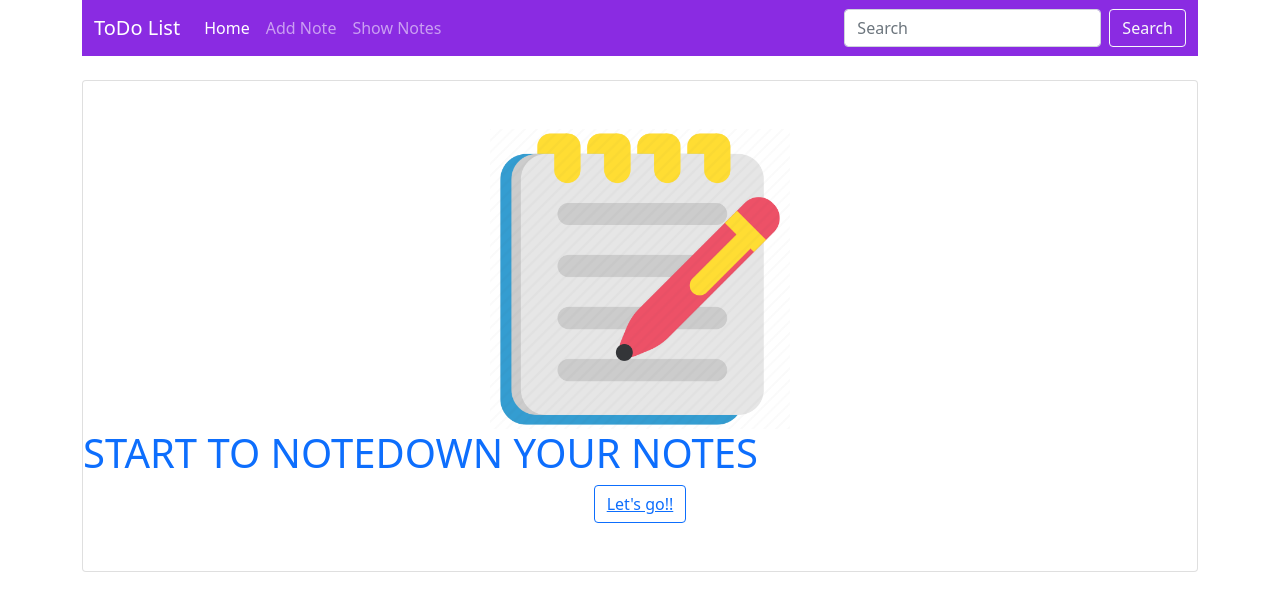
Repository: VishalSalvi17/Hibernate
Page: http://localhost/ToDoList/
The author's editor kept a copy of each file at every save. The page is drawn from the files as they stood at one save, then again after the next save.
The browser window is 1280 px wide. The pictures show the whole page.
Some web libraries are served in a nearby version. The page is served by Tomcat 9. Other server files are loaded and not shown.

Above is the page before, as saved 2023-03-17 07:15:14.

### ToDoList/src/main/webapp/index.jsp
<!doctype html>
<html lang="en">
<head>
<!-- Required meta tags -->
<meta charset="utf-8">
<meta name="viewport" content="width=device-width, initial-scale=1">

<title>TODO List : Home Page</title>
<%@include file="all_js_css.jsp"%>
<link rel="stylesheet"
	href="https://cdnjs.cloudflare.com/ajax/libs/font-awesome/6.3.0/css/all.min.css"
	integrity="sha512-SzlrxWUlpfuzQ+pcUCosxcglQRNAq/DZjVsC0lE40xsADsfeQoEypE+enwcOiGjk/bSuGGKHEyjSoQ1zVisanQ=="
	crossorigin="anonymous" referrerpolicy="no-referrer" />
</head>
<body>
	<div class="container">
		<%@include file="navbar.jsp"%>
		<br>
		<div class="card py-5">
		<img alt="" class = "img-fluid mx-auto" width=300px src="img/notebook.webp" >
		<!-- <i class="fa-solid fa-envelope"></i>-->
		<h1 class = "text-primary text-uppercase">Start to notedown your notes</h1>
		<div class="container text-center">
			<button class="btn btn-outline-primary text-center"><a href = "addnote.jsp">Let's go!!</a></button>
		</div>

		</div>
	</div>
</body>
</html>

### ToDoList/src/main/webapp/all_js_css.jsp
<!-- Bootstrap CSS -->
<link
	href="https://cdn.jsdelivr.net/npm/bootstrap@5.0.2/dist/css/bootstrap.min.css"
	rel="stylesheet"
	integrity="sha384-EVSTQN3/azprG1Anm3QDgpJLIm9Nao0Yz1ztcQTwFspd3yD65VohhpuuCOmLASjC"
	crossorigin="anonymous">

<!-- style path-->
<link href="css/style.css" rel="stylesheet">

<!-- Option 1: Bootstrap Bundle with Popper -->
<script
	src="https://cdn.jsdelivr.net/npm/bootstrap@5.0.2/dist/js/bootstrap.bundle.min.js"
	integrity="sha384-MrcW6ZMFYlzcLA8Nl+NtUVF0sA7MsXsP1UyJoMp4YLEuNSfAP+JcXn/tWtIaxVXM"
	crossorigin="anonymous"></script>

<!-- Option 2: Separate Popper and Bootstrap JS -->
<script
	src="https://cdn.jsdelivr.net/npm/@popperjs/core@2.9.2/dist/umd/popper.min.js"
	integrity="sha384-IQsoLXl5PILFhosVNubq5LC7Qb9DXgDA9i+tQ8Zj3iwWAwPtgFTxbJ8NT4GN1R8p"
	crossorigin="anonymous"></script>
<script
	src="https://cdn.jsdelivr.net/npm/bootstrap@5.0.2/dist/js/bootstrap.min.js"
	integrity="sha384-cVKIPhGWiC2Al4u+LWgxfKTRIcfu0JTxR+EQDz/bgldoEyl4H0zUF0QKbrJ0EcQF"
	crossorigin="anonymous"></script>

### ToDoList/src/main/webapp/navbar.jsp
<nav class="navbar navbar-expand-lg navbar-dark blue">
  <div class="container-fluid">
    <a class="navbar-brand" href="index.jsp">ToDo List</a>
    <button class="navbar-toggler" type="button" data-bs-toggle="collapse" data-bs-target="#navbarSupportedContent" aria-controls="navbarSupportedContent" aria-expanded="false" aria-label="Toggle navigation">
      <span class="navbar-toggler-icon"></span>
    </button>
    <div class="collapse navbar-collapse" id="navbarSupportedContent">
      <ul class="navbar-nav me-auto mb-2 mb-lg-0">
        <li class="nav-item">
          <a class="nav-link active" aria-current="page" href="index.jsp">Home</a>
        </li>
        <li class="nav-item">
          <a class="nav-link" href="addnote.jsp">Add Note</a>
        </li>
        <li class="nav-item">
          <a class="nav-link" href="all_notes.jsp" tabindex="-1">Show Notes</a>
        </li>
      </ul>
      <form class="d-flex">
        <input class="form-control me-2" type="search" placeholder="Search" aria-label="Search">
        <button class="btn btn-outline-light" type="submit">Search</button>
      </form>
    </div>
  </div>
</nav>

### ToDoList/src/main/webapp/css/style.css
.blue{
	background:#8A2BE2;
}

After the next save:
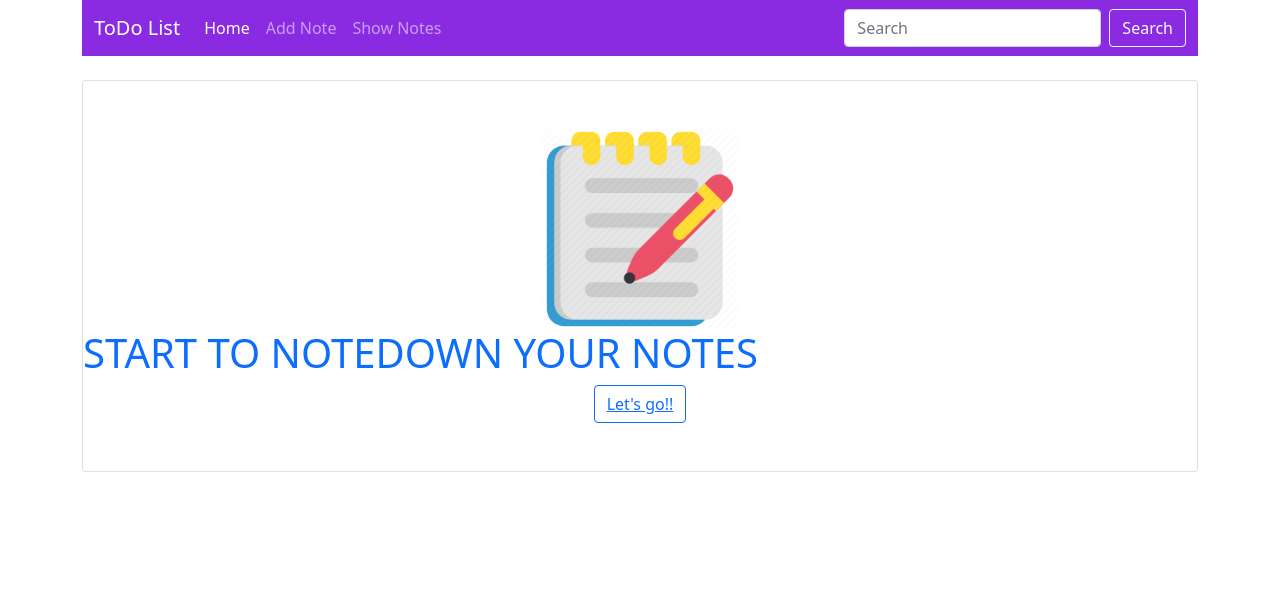
Saved 9 s later.
--- a/ToDoList/src/main/webapp/index.jsp
+++ b/ToDoList/src/main/webapp/index.jsp
@@ -17,7 +17,7 @@
 		<%@include file="navbar.jsp"%>
 		<br>
 		<div class="card py-5">
-		<img alt="" class = "img-fluid mx-auto" width=300px src="img/notebook.webp" >
+		<img alt="" class = "img-fluid mx-auto" width=200px src="img/notebook.webp" >
 		<!-- <i class="fa-solid fa-envelope"></i>-->
 		<h1 class = "text-primary text-uppercase">Start to notedown your notes</h1>
 		<div class="container text-center">
